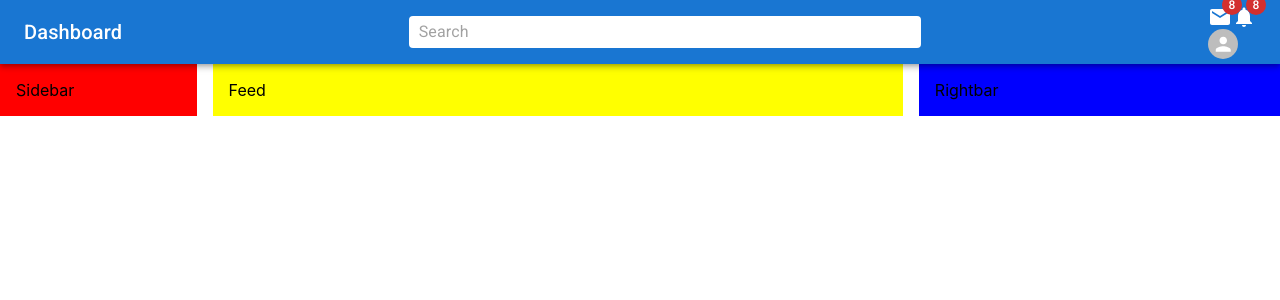
Repository: abubaker-cs/mui5_dashboard
Page: /
These files come from the project's save history. The page is drawn as it stood at one moment and after the next save; the edit follows.
The browser window is 1280 px wide. The pictures show the whole page.
The project was rebuilt for these pictures with package versions that can differ from the ones it lists, and the page was loaded fresh each time. Also part of the build but not shown: src/App.css.

Above is the page before, as saved 2022-07-17 06:23:29.

### public/index.html
<!DOCTYPE html>
<html lang="en">
  <head>
    <meta charset="utf-8" />
    <link rel="icon" href="%PUBLIC_URL%/favicon.ico" />
    <meta name="viewport" content="width=device-width, initial-scale=1" />
    <meta name="theme-color" content="#000000" />
    <meta
      name="description"
      content="Web site created using create-react-app"
    />
    <link rel="apple-touch-icon" href="%PUBLIC_URL%/logo192.png" />

    <link rel="manifest" href="%PUBLIC_URL%/manifest.json" />
    <link
      rel="stylesheet"
      href="https://fonts.googleapis.com/css?family=Roboto:300,400,500,700&display=swap"
    />
    <link
      rel="stylesheet"
      href="https://fonts.googleapis.com/icon?family=Material+Icons"
    />

    <title>React App</title>
  </head>
  <body>
    <noscript>You need to enable JavaScript to run this app.</noscript>
    <div id="root"></div>
  </body>
</html>

### src/App.js
import "./App.css";
import Sidebar from "./components/Sidebar";
import Feed from "./components/Feed";
import Rightbar from "./components/Rightbar";
import { Box, Stack } from "@mui/material";
import Navbar from "./components/Navbar";

function App() {
  return (
    <Box>
      <Navbar />
      <Stack direction="row" spacing={2} justifyContent="space-evenly">
        <Sidebar />
        <Feed />
        <Rightbar />
      </Stack>
    </Box>
  );
}

export default App;

### src/components/Sidebar.jsx
import { Box } from "@mui/material";
import React from "react";

const Sidebar = () => {
  return (
    <Box
      bgcolor="red"
      flex={1}
      p={2}
      sx={{ display: { xs: "none", sm: "block" } }}
    >
      Sidebar
    </Box>
  );
};

export default Sidebar;

### src/components/Feed.jsx
import { Box } from "@mui/material";
import React from "react";

const Feed = () => {
  return (
    <Box bgcolor="yellow" flex={4} p={2}>
      Feed
    </Box>
  );
};

export default Feed;

### src/components/Rightbar.jsx
import { Box } from "@mui/material";
import React from "react";

const Rightbar = () => {
  return (
    <Box
      bgcolor="blue"
      flex={2}
      p={2}
      sx={{ display: { xs: "none", sm: "block" } }}
    >
      Rightbar
    </Box>
  );
};

export default Rightbar;

### src/components/Navbar.jsx
import { Dashboard, Mail, Notifications } from "@mui/icons-material";
import {
  AppBar,
  Toolbar,
  styled,
  Typography,
  Box,
  InputBase,
  Badge,
  Avatar,
} from "@mui/material";
import React from "react";

// Base styles for custom Toolbar wrapper | flex justify = space-between
const StyledToolbar = styled(Toolbar)({
  display: "flex",
  justifyContent: "space-between",
});

//
const Search = styled("div")(({ theme }) => ({
  backgroundColor: "white",
  padding: "0 10px",
  borderRadius: theme.shape.borderRadius,
  width: "40%",
}));

const Icons = styled(Box)(({ theme }) => ({
  display: "flex-row",
}));

const Navbar = () => {
  return (
    <AppBar position="sticky">
      <StyledToolbar>
        <Typography
          variant="h6"
          sx={{
            display: {
              xs: "none",
              sm: "block",
            },
          }}
        >
          Dashboard
        </Typography>
        <Dashboard
          sx={{
            display: {
              xs: "block",
              sm: "none",
            },
          }}
        />
        <Search>
          <InputBase placeholder="Search" />
        </Search>
        <Icons>
          <Badge badgeContent={8} color="error">
            <Mail />
          </Badge>
          <Badge badgeContent={8} color="error">
            <Notifications />
          </Badge>
          <Avatar sx={{ width: 30, height: 30 }} src="" />
        </Icons>
      </StyledToolbar>
    </AppBar>
  );
};

export default Navbar;

Loaded but not shown: src/index.js (common file); src/index.css (common file)

After the next save:
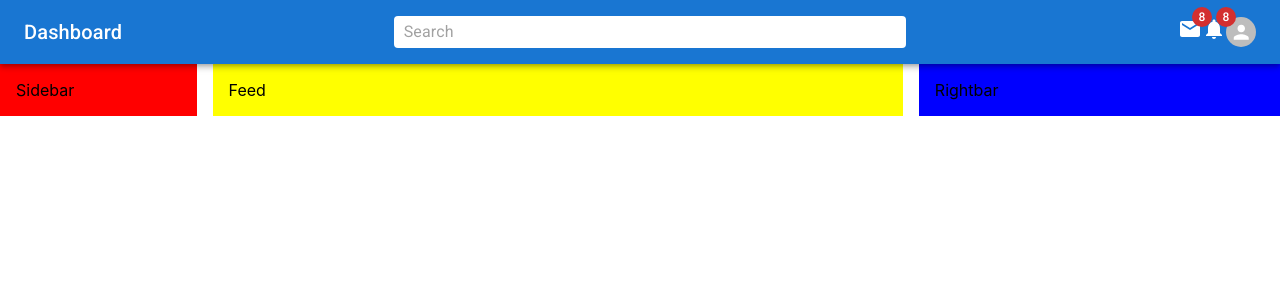
Saved 9 s later.
--- a/src/components/Navbar.jsx
+++ b/src/components/Navbar.jsx
@@ -26,7 +26,7 @@ const Search = styled("div")(({ theme }) => ({
 }));
 
 const Icons = styled(Box)(({ theme }) => ({
-  display: "flex-row",
+  display: "flex",
 }));
 
 const Navbar = () => {
